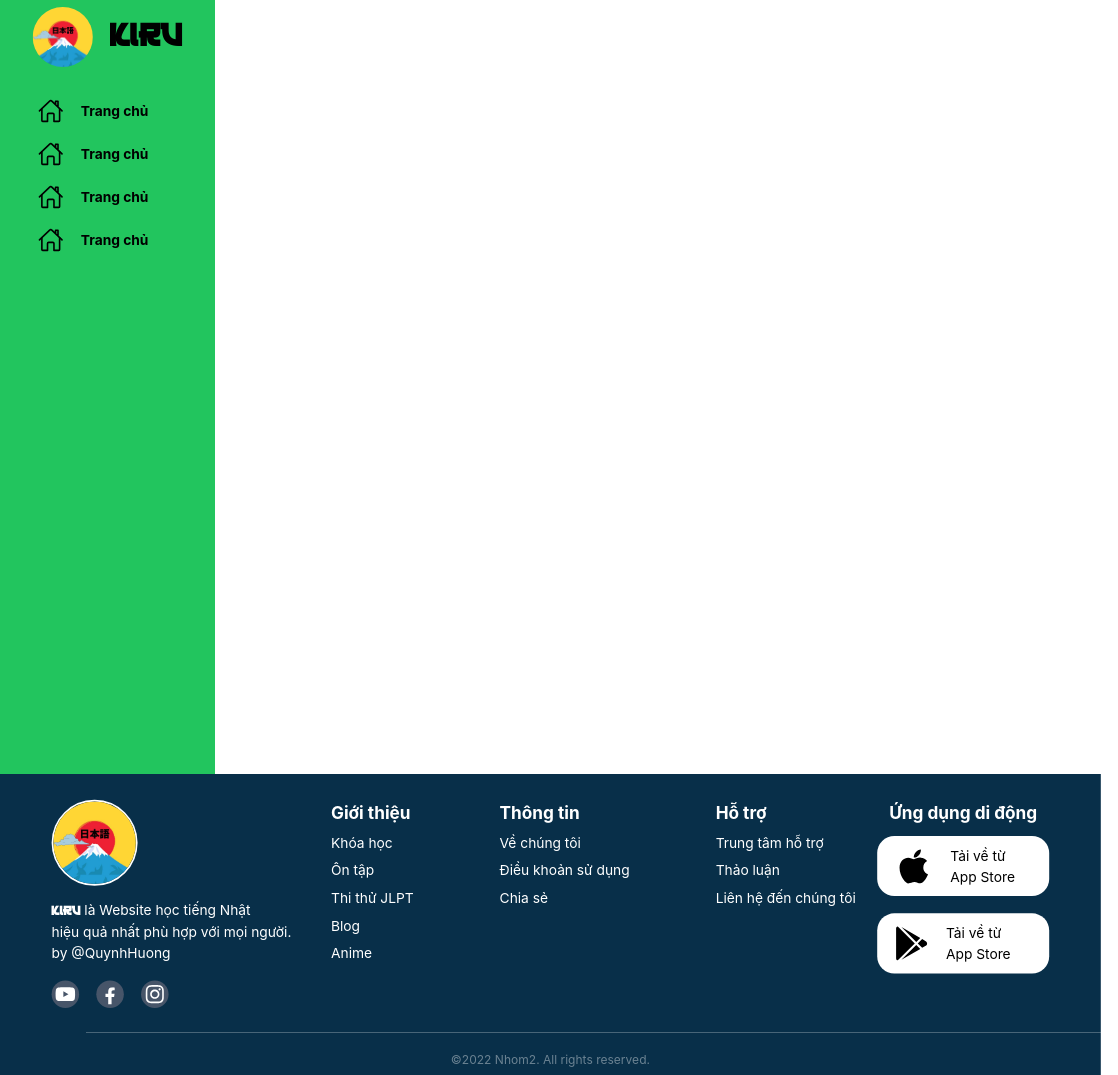
Repository: Quynhhuong150322/Kiru_Website-hoc-tieng-Nhat
Page: /TrangChu
These files come from the project's save history. The page is drawn as it stood at one moment and after the next save; the edit follows.
The browser window is 1280 px wide. The page is 1300 px wide, so the pictures cover 1300 px, including what lies to the right of the window. The pictures show the whole page, at 86% of full size.
The project was rebuilt for these pictures with package versions that can differ from the ones it lists, and the page was loaded fresh each time.

Above is the page before, as saved 2023-08-18 02:46:04.

After the next save:
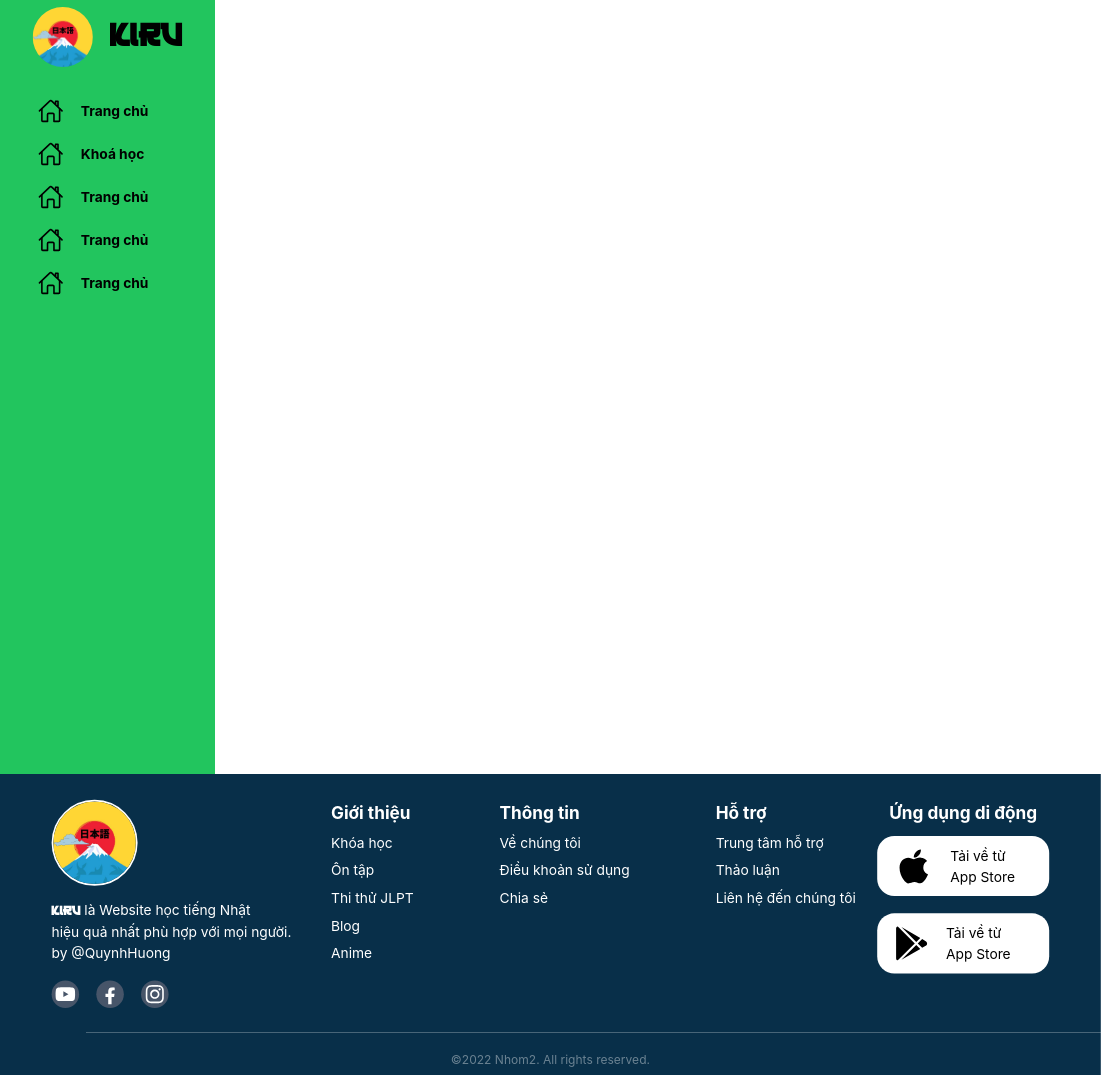
Saved 117 s later.
--- a/src/component/header_footer/Menu.js
+++ b/src/component/header_footer/Menu.js
@@ -27,6 +27,12 @@
                     <li className="h-[50px] pt-2 text-center text-[16px] rounded-r-[10px] font-bold hover:bg-amber-300 hover:text-[20px] ">
                         <div className="flex flex-row gap-5 items-center pl-11 rounded-[10px]">
                             <IoHomeOutline className="h-[30px] w-[30px] "/>
+                            <p className="">Khoá học</p>
+                        </div>
+                    </li>
+                    <li className="h-[50px] pt-2 text-center text-[16px] rounded-r-[10px] font-bold hover:bg-amber-300 hover:text-[20px] ">
+                        <div className="flex flex-row gap-5 items-center pl-11 rounded-[10px]">
+                            <IoHomeOutline className="h-[30px] w-[30px] "/>
                             <p className="">Trang chủ</p>
                         </div>
                     </li>
